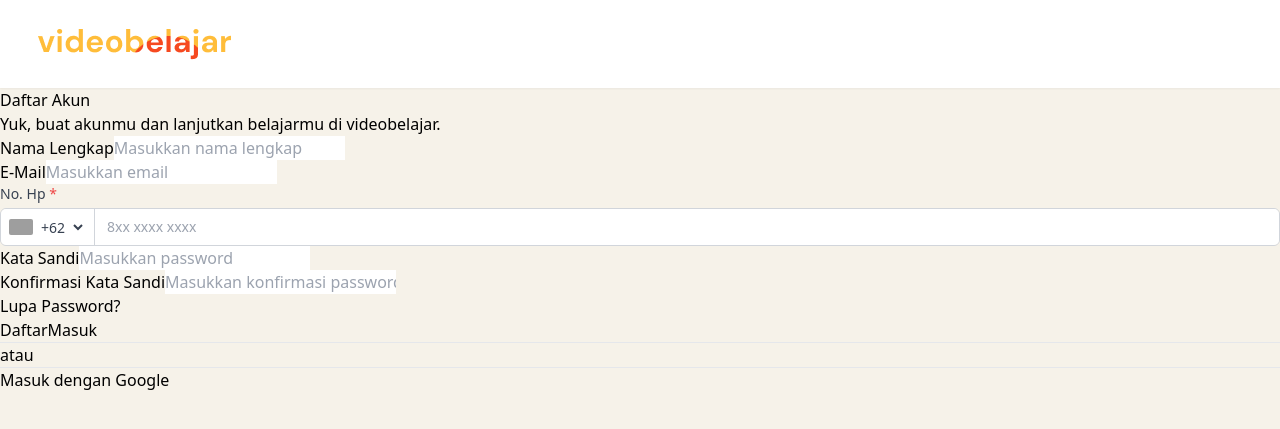
Repository: dimascahyanugraha/Course-Mission-4
Page: /signup
An editor plug-in stored every save of this project. The page is shown before and after the next save, followed by the edit.
The browser window is 1280 px wide. The pictures show the whole page.
Pictures or frames that could not be fetched are drawn as grey boxes. The project was rebuilt for these pictures with package versions that can differ from the ones it lists, and the page was loaded fresh each time. Also part of the build but not shown: vite.config.js, src/components/LoginPage.jsx.

Above is the page before, as saved 2026-05-29 10:45:00.

After the next save:
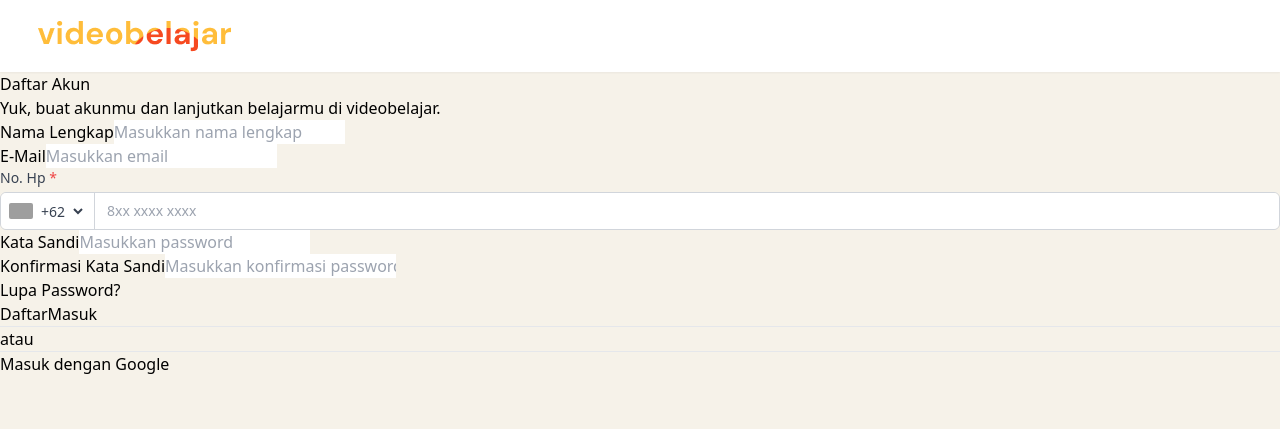
Saved 8 s later.
--- a/src/components/Signup.jsx
+++ b/src/components/Signup.jsx
@@ -4,7 +4,7 @@ import indonesia from "../assets/indonesia.png";
 export default function Signup() {
   return (
     <div className="min-h-screen bg-[#f6f2e9] flex flex-col">
-      <header className="bg-white py-4 px-4 shadow-sm">
+      <header className="bg-white py-2 px-4 shadow-sm">
         <img src={logoVideoBelajar} alt="logo" />
       </header>
 
